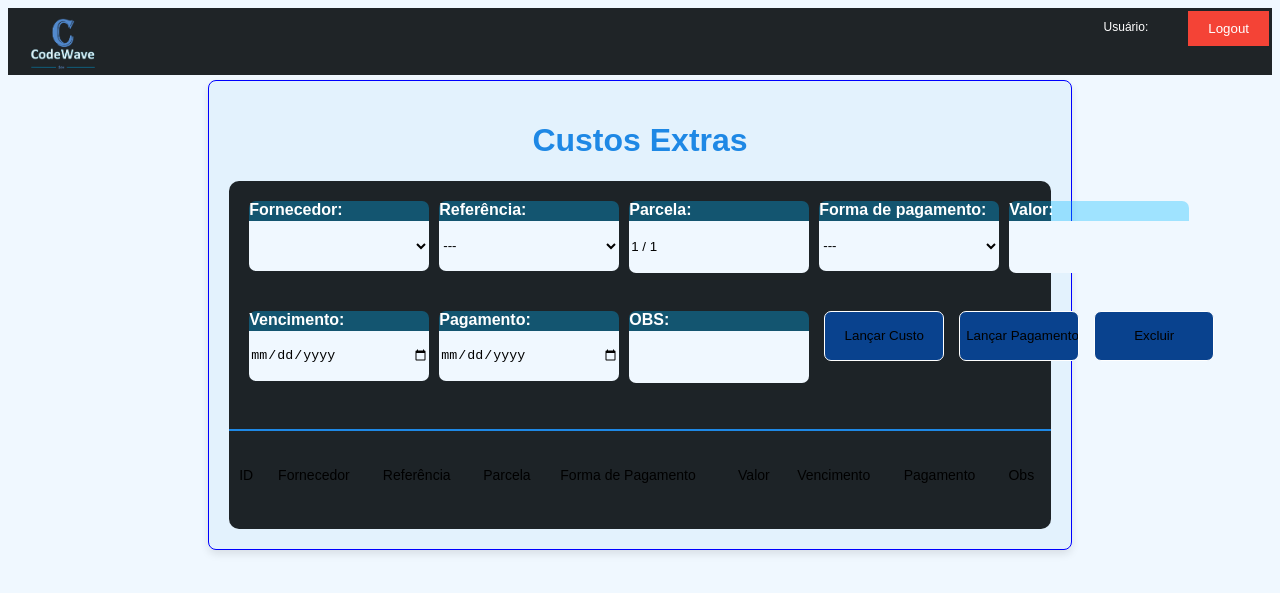
Repository: Romario-Brandao/CodeWave
Page: myproject/loja/templates/outras_despesas.html
The author's editor kept a copy of each file at every save. The page is drawn from the files as they stood at one save, then again after the next save.
The browser window is 1280 px wide. The pictures show the whole page.
The template is drawn by Django 5.2. The application's start-up code is not run. The template is opened directly, without the code that normally fills it, so the values that code supplies are empty.

Above is the page before, as saved 2025-03-01 01:33:55.

After the next save:
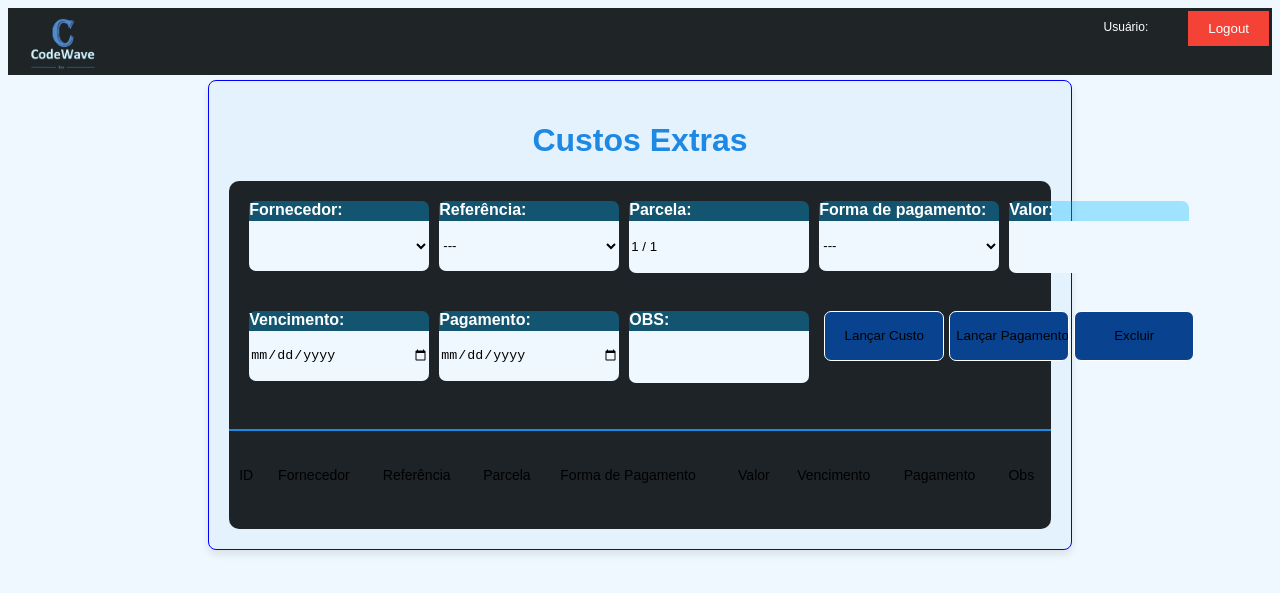
Saved 11 s later.
--- a/myproject/loja/templates/outras_despesas.html
+++ b/myproject/loja/templates/outras_despesas.html
@@ -63,10 +63,10 @@
       <div style="margin: 0 10px 0 30px;">
         <input class="butao_servico" type="submit" name="acao" value="Lançar Custo">
       </div>
-      <div style="margin: 0 10px 0 10px;">
+      <div style="margin: 0 10px 0 0;">
         <input class="butao_servico" type="submit" name="acao" value="Lançar Pagamento">
       </div>
-      <div style="margin: 0 10px 0 10px;">
+      <div style="margin: 0 10px 0 0;">
         <input class="butao_servico" type="submit" name="acao" value="Excluir">
       </div>
     </div>
